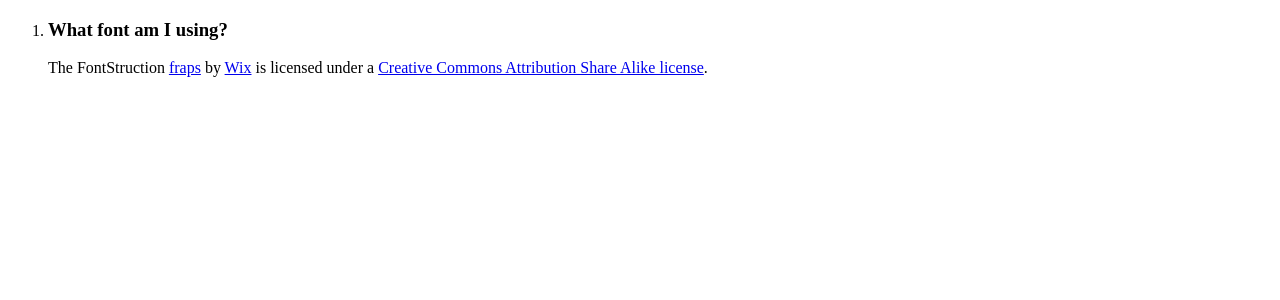
Repository: aliendetonator/fake-fraps-counter
Page: faq.html
An editor plug-in stored every save of this project. The page is shown before and after the next save, followed by the edit.
The browser window is 1280 px wide. The pictures show the whole page.

Above is the page before, as saved 2023-08-31 04:11:49.

After the next save:
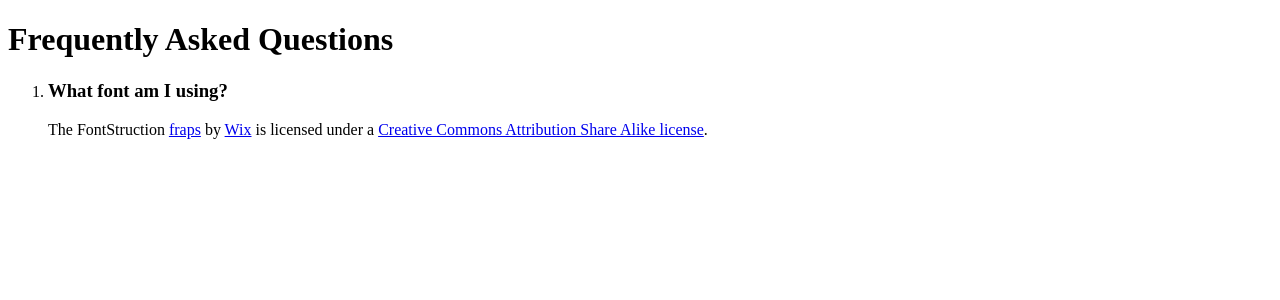
Saved 16 s later.
--- a/faq.html
+++ b/faq.html
@@ -6,6 +6,7 @@
     <title>Document</title>
 </head>
 <body>
+    <h1>Frequently Asked Questions</h1>
     <ol>
         <li>
             <h3>What font am I using?</h3>
